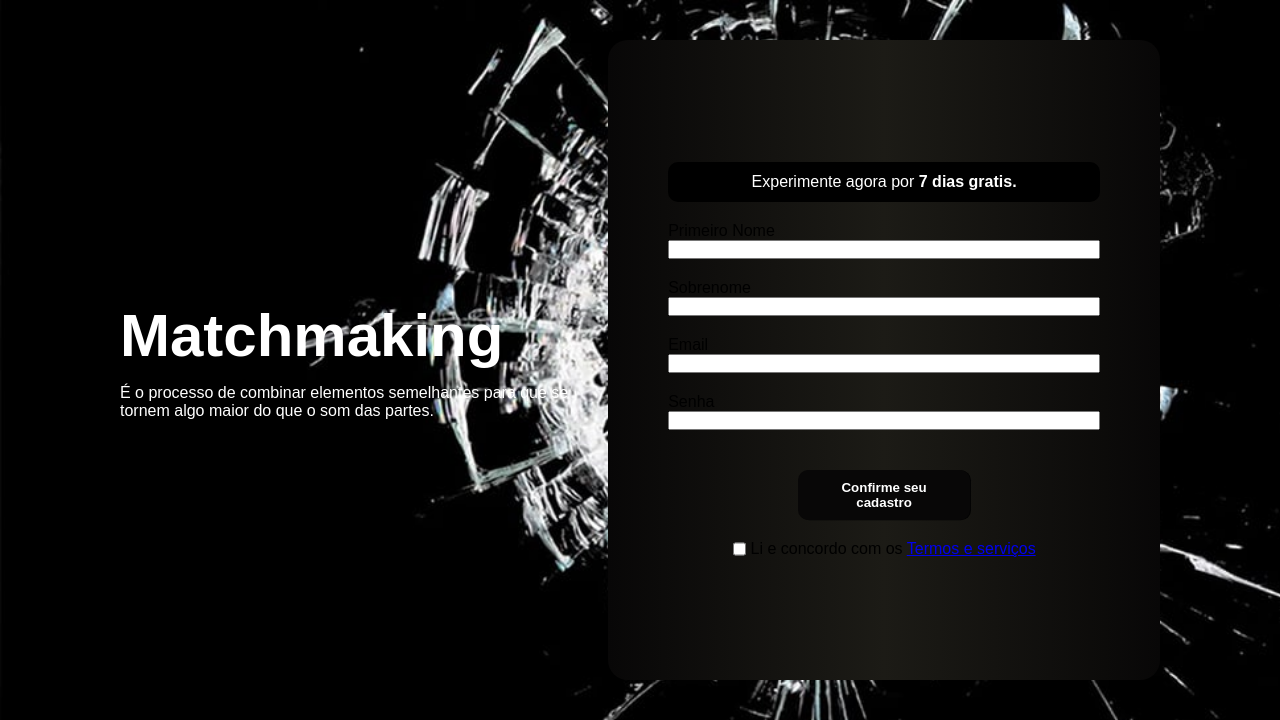
Repository: analessp/tela-login
Page: index.html
The author's editor kept a copy of each file at every save. The page is drawn from the files as they stood at one save, then again after a run of saves.
The browser window is 1280 px wide. The pictures show the whole page.
Some web fonts or font styles are not loaded; a fallback is used.

Above is the page before, as saved 2025-04-16 11:33:32.

### index.html
<!DOCTYPE html>
<html lang="pt-br">
  <head>
    <meta charset="UTF-8" />
    <meta name="viewport" content="width=device-width, initial-scale=1.0" />
    <title>Tela de Login</title>
    <link rel="stylesheet" href="style.css" />
    <link rel="preconnect" href="https://fonts.googleapis.com" />
    <link rel="preconnect" href="https://fonts.gstatic.com" crossorigin />
    <link href="https://fonts.googleapis.com/css2?family=Nunito:ital,wght@0,200..1000;1,200..1000&family=Special+Gothic&display=swap" rel="stylesheet" />
  </head>
  <body>
    <main>
      <div class="container-left">
        <h1>Matchmaking</h1>
        <p>É o processo de combinar elementos semelhantes para que se tornem algo maior do que o som das partes.</p>
      </div>
      <div class="container-right">
        <a href="#" class="teste-gratis">
          <p>Experimente agora por <b>7 dias gratis.</b></p>
        </a>
        <div class="forms">
          <form>

            <div>
              <label for="name">
                <p>Primeiro Nome</p>
                <input id="name" type="text" />
              </label>
            </div>

            <div>
                <label for="lastname">
                    <p>Sobrenome</p>
                    <input id="lastname" type="text" />
                </label>
            </div>

            <div>
                <label for="email">
                    <p>Email</p>
                    <input id="email" type="email" />
                </label>
            </div>

            <div>
                <label for="password">
                    <p>Senha</p>
                    <input id="password" type="password" />
                </label>
            </div>

            <button type="submit">
                <p>Confirme seu cadastro</p>
            </button>
            <div class="terms">
                <input type="checkbox">
                <p>
                    Li e concordo com os <a href="#">Termos e serviços</a>
                </p>
            </div>
          </form>
        </div>
      </div>
    </main
  </body>
</html>

### style.css
* {
    margin: 0;
    padding: 0;
    box-sizing: border-box;
    width: 100%;
    font-family: "Special Gothic", sans-serif;
}

main {
    display: flex;
    background-image: url("./assets/background.jpg");
    background-repeat: no-repeat center center;
    background-size: cover;
    display: flex;
    height: 100vh;
    z-index: 0;
    padding: 40px 120px;
}

&::after {
    content: "";
    background: #1e130c;
    position: absolute;
    top: 0;
    left: 0;
    opacity: 0.9;
    width: 100%;
    height: 100%;
    z-index: -1;
}

.container-left {
    color: white;
    display: flex;
    justify-content: center;
    flex-direction: column;
    gap: 14px;
}

.container-left h1 {
    font-size: 60px;

    &:hover::after{
        cursor: pointer;
        content: "";
        position: absolute;
        bottom: 350px;
        left: 120px;
        background-color: #d0d0d0;
        height: 4px;
        width: 420px;
        transition-duration: 800ms;
        animation-name: left-to-right;
        animation-duration: 620ms;
        animation-iteration-count: 1;
        }
}

.container-right {
    background: #080707;
    background: linear-gradient(90deg, rgba(8, 7, 7, 1) 0%, rgba(28, 27, 22, 1) 50%, rgba(8, 7, 7, 1) 100%);
    display: flex;
    flex-direction: column;
    justify-content: center;
    align-items: center;
    padding: 0 60px;
    border-radius: 20px;
}

.teste-gratis {
    display: flex;
    justify-content: center;
    align-items: center;
    text-align: center;
    width: 100%;
    max-width: 460px;
    height: 40px;
    background-color: black;
    text-decoration: none;
    color: white;
    border-radius: 10px;
    margin-bottom: 20px;
}

.teste-gratis p{
text-align: center;
}

.forms form{
    display: flex;
    flex-direction: column;
    gap: 20px;
}

.forms button {
    cursor: pointer;
    margin-top: 20px;
    border-radius: 10px;
    padding: 10px 15px;
    background-color: #080707;
    color: #fff;
    width: 40%;
    align-self: center;
    border: 0px;
    box-shadow: 1px 0.2px 0.5px #030303;
    font-weight: 580;
    transition-duration: 500ms;

    &:hover {
        transform: translate(300px)
    }
}

.terms {
    display: flex;
    justify-content: center;
    gap: 5px;
}

.terms input {
    width: fit-content;

}

.terms p{
    width: fit-content;
}

@keyframes left-to-right {
0% {
    width: 0;
}
100% {
    width: 400px;
}
}

After the next 4 saves:
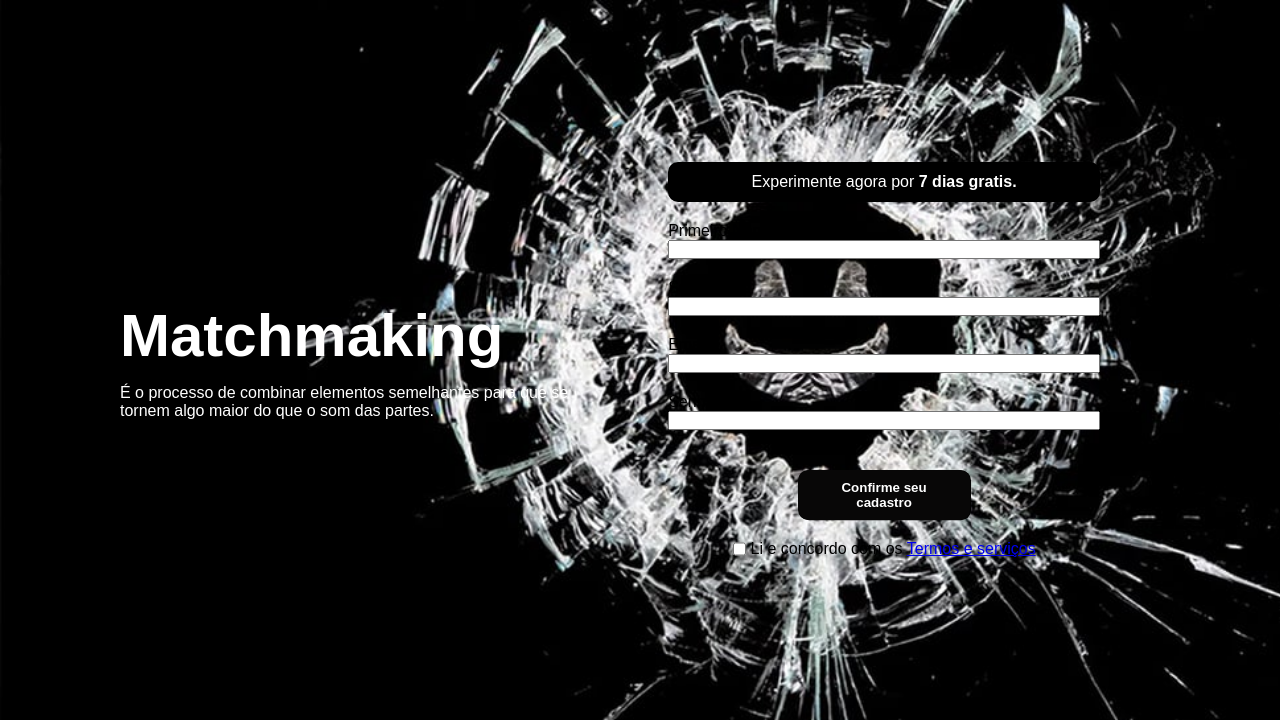
The 4 saves are shown as one change because they came seconds apart.
The last was saved 68 s later.
--- a/style.css
+++ b/style.css
@@ -57,9 +57,8 @@ main {
 }
 
 .container-right {
-    background: #080707;
-    background: linear-gradient(90deg, rgba(8, 7, 7, 1) 0%, rgba(28, 27, 22, 1) 50%, rgba(8, 7, 7, 1) 100%);
     display: flex;
+    background-color: ;
     flex-direction: column;
     justify-content: center;
     align-items: center;
